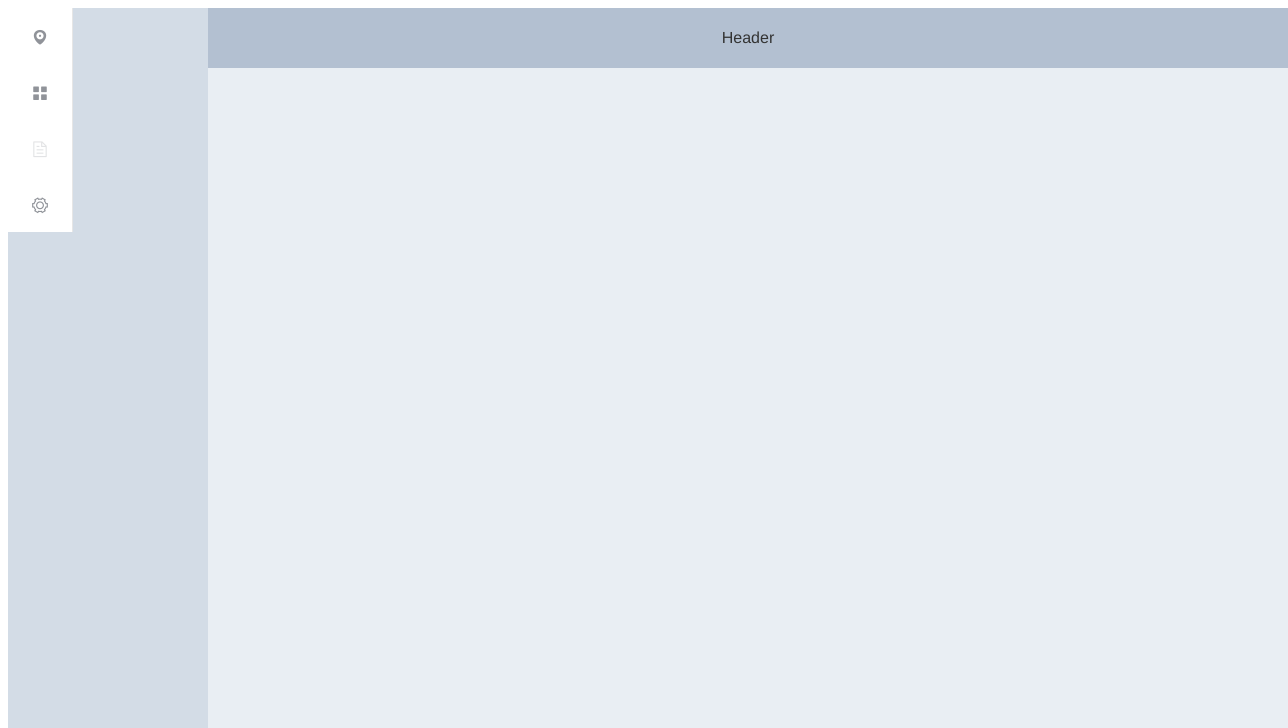
Repository: tkqi/manage
Page: /#/
These files come from the project's save history. The page is drawn as it stood at one moment and after the next save; the edit follows.
The browser window is 1280 px wide. The page is 1288 px wide, so the pictures cover 1288 px, including what lies to the right of the window. The pictures show the whole page.
The project was rebuilt for these pictures with package versions that can differ from the ones it lists, and the page was loaded fresh each time. Also part of the build but not shown: vue.config.js.

Above is the page before, as saved 2023-12-01 13:26:15.

### src/main.js
import Vue from 'vue'
import App from './App.vue'
import router from './router'
import store from './store'
import ElementUI from 'element-ui';
import 'element-ui/lib/theme-chalk/index.css';

Vue.config.productionTip = false
Vue.use(ElementUI);

new Vue({
  router,
  store,
  render: h => h(App)
}).$mount('#app')

### src/App.vue
<template>
  <div id="app">
    <!-- 路由出口 -->
    <router-view/>
  </div>
</template>

<style lang="less">
#app {
  font-family: Avenir, Helvetica, Arial, sans-serif;
  -webkit-font-smoothing: antialiased;
  -moz-osx-font-smoothing: grayscale;
  text-align: center;
  color: #2c3e50;
  height: 100%;
}

nav {
  padding: 30px;

  a {
    font-weight: bold;
    color: #2c3e50;

    &.router-link-exact-active {
      color: #42b983;
    }
  }
}

html,
body {
  width: 100%;
  height: 100%;
}

</style>

### src/router/index.js
import Vue from 'vue'
import VueRouter from 'vue-router'
import routes from './routes'
Vue.use(VueRouter)


const router = new VueRouter({
  routes: routes
})

// 暴露router实例
export default router

### src/router/routes.js
export default [
    // 主路由
    {
        path: '/',
        component: () => import('../views/Main.vue'),
        // 子路由
        children: [
            {
                path: '/home',
                // 路由组件懒加载
                component: () => import('../views/Home.vue')
            },
            {
                path: '/user',
                component: () => import('../views/User.vue')
            }
        ]
    },
    {
        path: '/home',
        // 路由组件懒加载
        component: () => import('../views/Home.vue')
    },
    {
        path: '/user',
        component: () => import('../views/User.vue')
    }
]

### src/views/Main.vue
<!-- eslint-disable vue/multi-word-component-names -->
<template>
    <div class="container">
        <el-container class="inside">
            <el-aside width="200px"><sidebar/></el-aside>
            <el-container>
                <el-header>Header</el-header>
                <el-main><router-view /></el-main>
            </el-container>
        </el-container>

    </div>
</template>

<script>
import sidebar from '../components/sidebar.vue'
export default {
    components:{
        sidebar
    }
}
</script>

<style lang="less">
.el-header,
.el-footer {
    background-color: #B3C0D1;
    color: #333;
    text-align: center;
    line-height: 60px;
}

.el-aside {
    background-color: #D3DCE6;
    color: #333;
    text-align: center;
    line-height: 200px;
}

.el-main {
    background-color: #E9EEF3;
    color: #333;
    text-align: center;
    line-height: 160px;
}

.container{
    height: 100%;
}
.inside{
    height: 100%;
}
</style>

### src/components/sidebar.vue
<!-- eslint-disable vue/multi-word-component-names -->
<template>
    <el-menu default-active="1-4-1" class="el-menu-vertical-demo" @open="handleOpen" @close="handleClose"
        :collapse="isCollapse">
        <el-submenu index="1">
            <template slot="title">
                <i class="el-icon-location"></i>
                <span slot="title">导航一</span>
            </template>
            <el-menu-item-group>
                <span slot="title">分组一</span>
                <el-menu-item index="1-1">选项1</el-menu-item>
                <el-menu-item index="1-2">选项2</el-menu-item>
            </el-menu-item-group>
            <el-menu-item-group title="分组2">
                <el-menu-item index="1-3">选项3</el-menu-item>
            </el-menu-item-group>
            <el-submenu index="1-4">
                <span slot="title">选项4</span>
                <el-menu-item index="1-4-1">选项1</el-menu-item>
            </el-submenu>
        </el-submenu>
        <el-menu-item index="2">
            <i class="el-icon-menu"></i>
            <span slot="title">导航二</span>
        </el-menu-item>
        <el-menu-item index="3" disabled>
            <i class="el-icon-document"></i>
            <span slot="title">导航三</span>
        </el-menu-item>
        <el-menu-item index="4">
            <i class="el-icon-setting"></i>
            <span slot="title">导航四</span>
        </el-menu-item>
    </el-menu>
</template>


<style>
.el-menu-vertical-demo:not(.el-menu--collapse) {
    width: 200px;
    min-height: 400px;
}
</style>

<script>
export default {
    data() {
        return {
            isCollapse: true
        };
    },
    methods: {
        handleOpen(key, keyPath) {
            console.log(key, keyPath);
        },
        handleClose(key, keyPath) {
            console.log(key, keyPath);
        }
    }
}
</script>

Loaded but not shown: public/index.html (common file); src/store/index.js (common file)

After the next save:
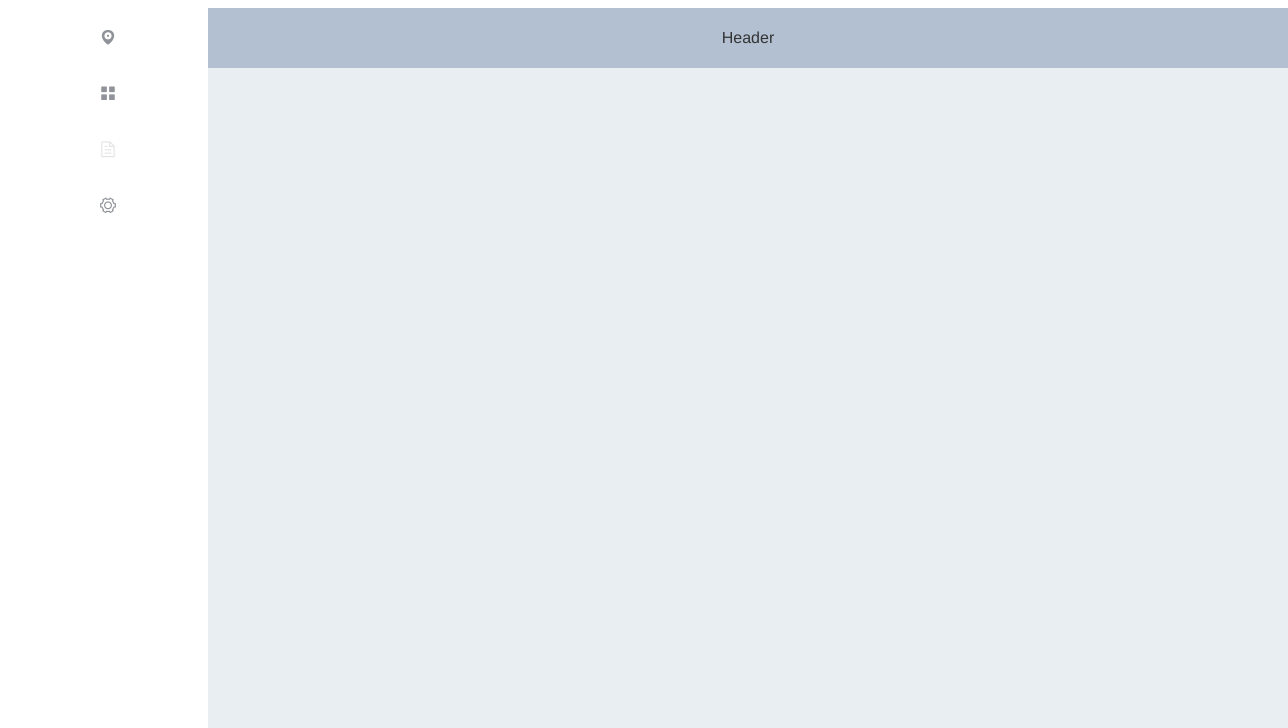
Saved 47 s later.
--- a/src/components/sidebar.vue
+++ b/src/components/sidebar.vue
@@ -1,6 +1,6 @@
 <!-- eslint-disable vue/multi-word-component-names -->
 <template>
-    <el-menu default-active="1-4-1" class="el-menu-vertical-demo" @open="handleOpen" @close="handleClose"
+    <el-menu default-active="1-4-1" class="menu" @open="handleOpen" @close="handleClose"
         :collapse="isCollapse">
         <el-submenu index="1">
             <template slot="title">
@@ -60,3 +60,10 @@ export default {
     }
 }
 </script>
+
+<style lang="less">
+.menu{
+    width: 100%;
+    height: 100%;
+}
+</style>
